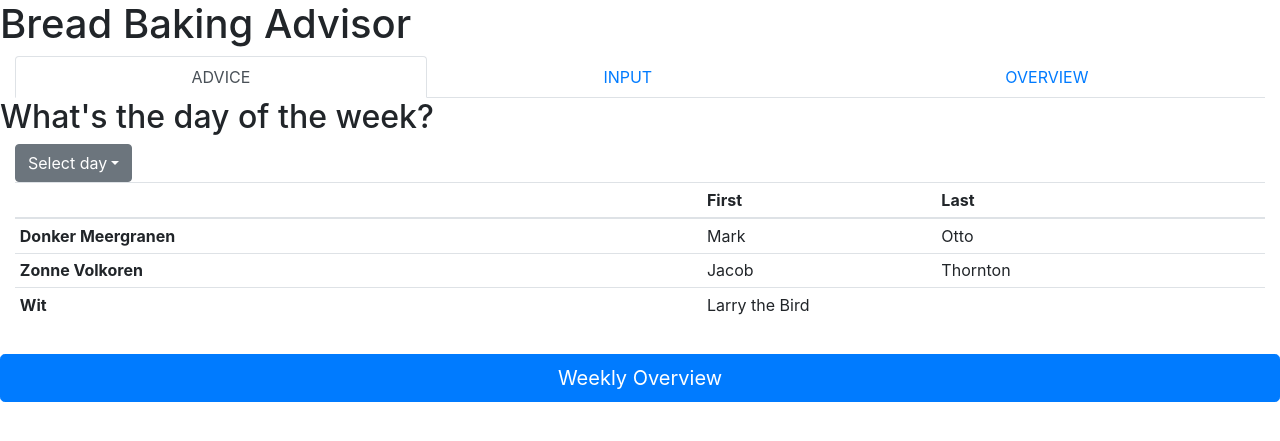
Repository: MarthGimenzo/bread-baking-advisor
Page: index.html
The author's editor kept a record of every edit. The page is drawn from the files as they stood at one moment, then again after the next edit.
The browser window is 1280 px wide. The pictures show the whole page.

Above is the page before.

### index.html
<!doctype html>
<html lang="en">

<head>
    <!-- Required meta tags -->
    <meta charset="utf-8">
    <meta name="viewport" content="width=device-width, initial-scale=1, shrink-to-fit=no">

    <!-- Bootstrap CSS -->
    <link rel="stylesheet" href="https://stackpath.bootstrapcdn.com/bootstrap/4.3.1/css/bootstrap.min.css" integrity="sha384-ggOyR0iXCbMQv3Xipma34MD+dH/1fQ784/j6cY/iJTQUOhcWr7x9JvoRxT2MZw1T" crossorigin="anonymous">
    <link rel="stylesheet" href="" type="text/css" />
    <title>Bread Baking Advisor</title>
</head>

<body>

    <h1>Bread Baking Advisor</h1>
    <div class="container-fluid">
        <ul class="nav nav-tabs nav-fill">
            <li class="nav-item">
                <a class="nav-link active" href="#">ADVICE</a>
            </li>
            <li class="nav-item">
                <a class="nav-link" href="#">INPUT</a>
            </li>
            <li class="nav-item">
                <a class="nav-link" href="#">OVERVIEW</a>
            </li>
        </ul>
    </div>
    <h2>What's the day of the week?</h2>
    <div class="container-fluid">
        <div class="dropdown">
            <button class="btn btn-secondary dropdown-toggle" type="button" id="dropdownMenuButton" data-toggle="dropdown" aria-haspopup="true" aria-expanded="false">Select day</button>
            <div class="dropdown-menu" aria-labelledby="dropdownMenuButton">
                <a class="dropdown-item" href="#">Tuesday</a>
                <a class="dropdown-item" href="#">Wednesday</a>
                <a class="dropdown-item" href="#">Thursday</a>
                <a class="dropdown-item" href="#">Friday</a>
                <a class="dropdown-item" href="#">Saturday</a>
                <a class="dropdown-item" href="#">Sunday</a>
            </div>
        </div>
    </div>
    <div class="container-fluid">
        <table class="table table-sm">
            <thead>
                <tr>
                    <th scope="col"></th>
                    <th scope="col">First</th>
                    <th scope="col">Last</th>

                </tr>
            </thead>
            <tbody>
                <tr>
                    <th scope="row">Donker Meergranen</th>
                    <td>Mark</td>
                    <td>Otto</td>

                </tr>
                <tr>
                    <th scope="row">Zonne Volkoren</th>
                    <td>Jacob</td>
                    <td>Thornton</td>

                </tr>
                <tr>
                    <th scope="row">Wit</th>
                    <td colspan="2">Larry the Bird</td>

                </tr>
            </tbody>
        </table>
    </div>
<footer class="footer mt-auto py-3">
    <button type="button" class="btn btn-primary btn-lg btn-block">Weekly Overview</button>
</footer>



    <!-- Optional JavaScript -->
    <!-- jQuery first, then Popper.js, then Bootstrap JS -->
    <script src="https://code.jquery.com/jquery-3.3.1.slim.min.js" integrity="sha384-q8i/X+965DzO0rT7abK41JStQIAqVgRVzpbzo5smXKp4YfRvH+8abtTE1Pi6jizo" crossorigin="anonymous"></script>
    <script src="https://cdnjs.cloudflare.com/ajax/libs/popper.js/1.14.7/umd/popper.min.js" integrity="sha384-UO2eT0CpHqdSJQ6hJty5KVphtPhzWj9WO1clHTMGa3JDZwrnQq4sF86dIHNDz0W1" crossorigin="anonymous"></script>
    <script src="https://stackpath.bootstrapcdn.com/bootstrap/4.3.1/js/bootstrap.min.js" integrity="sha384-JjSmVgyd0p3pXB1rRibZUAYoIIy6OrQ6VrjIEaFf/nJGzIxFDsf4x0xIM+B07jRM" crossorigin="anonymous"></script>
</body>

</html>

### assets/css/stylesheet.css
/*! Generated by Font Squirrel (https://www.fontsquirrel.com) on October 22, 2019 */

@font-face {
    font-family: 'traveling__typewriterregular';
    src: url('fonts/travelingtypewriter-webfont.woff2') format('woff2'),
         url('fonts/travelingtypewriter-webfont.woff') format('woff');
    font-weight: normal;
    font-style: normal;

}

h1 {
    font-family: 'traveling__typewriterregular', Arial, sans-serif;

}
h2 {
    font-family: 'traveling__typewriterregular', Arial, sans-serif;

}
a {
    font-family: 'traveling__typewriterregular', Arial, sans-serif;

}

After the next edit:
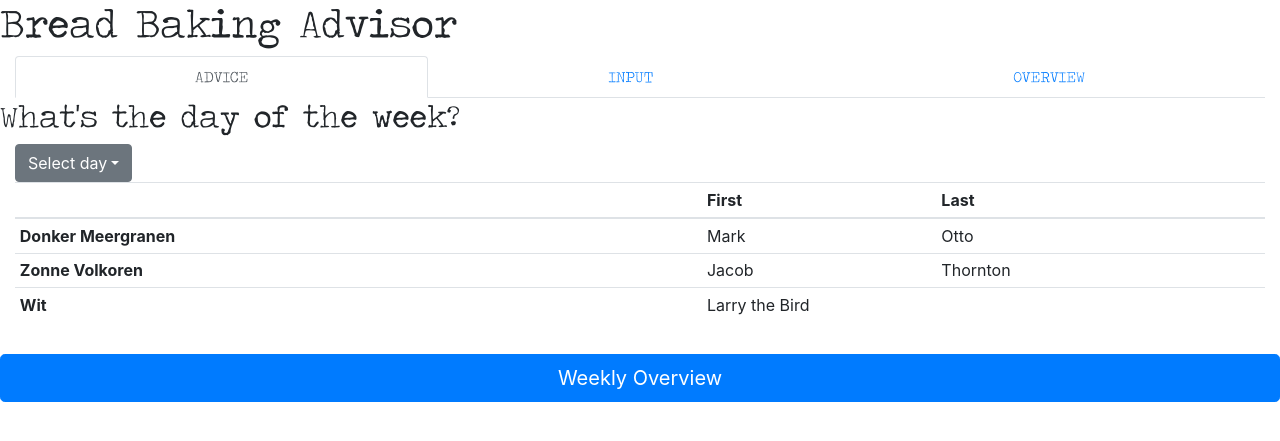
The edit:
--- a/index.html
+++ b/index.html
@@ -9,6 +9,7 @@
     <!-- Bootstrap CSS -->
     <link rel="stylesheet" href="https://stackpath.bootstrapcdn.com/bootstrap/4.3.1/css/bootstrap.min.css" integrity="sha384-ggOyR0iXCbMQv3Xipma34MD+dH/1fQ784/j6cY/iJTQUOhcWr7x9JvoRxT2MZw1T" crossorigin="anonymous">
     <link rel="stylesheet" href="" type="text/css" />
+    <link rel="stylesheet" href="assets/css/stylesheet.css" type="text/css" charset="utf-8" />
     <title>Bread Baking Advisor</title>
 </head>
 
